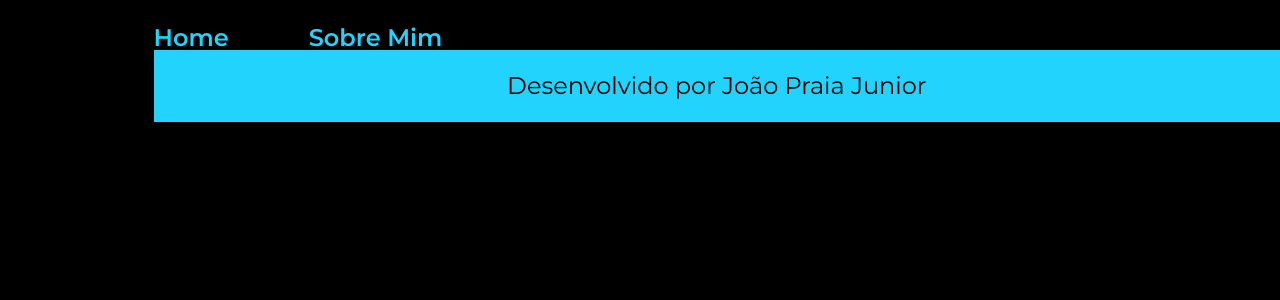
Repository: joaoPraiaJunior/html-basico
Page: sobre-mim.html
An editor plug-in stored every save of this project. The page is shown before and after the next save, followed by the edit.
The browser window is 1280 px wide. The pictures show the whole page.
Some web fonts or font styles are not loaded; a fallback is used. Some web libraries are served in a nearby version.

Above is the page before, as saved 2024-06-06 21:25:22.

### sobre-mim.html
<!DOCTYPE html>
<html lang="pt-BR" dir="ltr">
  <head>
    <meta charset="UTF-8" />
    <meta http-equiv="X-UA-Compatible" content="IE=edge" />
    <meta name="viewport" content="width=device-width, initial-scale=1.0" />
    <title>Portifólio</title>
    <link rel="stylesheet" href="css/reset.css" />
    <link rel="stylesheet" href="css/style.css" />
  </head>
  <body>
    <header class="cabecalho">
      <nav class="cabecalho__menu">
          <a class="cabecalho__link" href="index.html">Home</a>
          <a class="cabecalho__link" href="sobre-min.html">Sobre Mim</a>
      </nav>

      <footer class="rodape"><p>Desenvolvido por João Praia Junior</p></footer>
    </body>
    <script
      src="https://kit.fontawesome.com/c4ee7a6e8c.js"
      crossorigin="anonymous"
    ></script>
  </html>

### css/reset.css
/* http://meyerweb.com/eric/tools/css/reset/
   v2.0 | 20110126
   License: none (public domain)
*/

* {
    box-sizing: border-box;
}

html, body, div, span, applet, object, iframe,
h1, h2, h3, h4, h5, h6, p, blockquote, pre,
a, abbr, acronym, address, big, cite, code,
del, dfn, em, img, ins, kbd, q, s, samp,
small, strike, strong, sub, sup, tt, var,
b, u, i, center,
dl, dt, dd, ol, ul, li,
fieldset, form, label, legend,
table, caption, tbody, tfoot, thead, tr, th, td,
article, aside, canvas, details, embed,
figure, figcaption, footer, header, hgroup,
menu, nav, output, ruby, section, summary,
time, mark, audio, video {
	margin: 0;
	padding: 0;
	border: 0;
	font: inherit;
	vertical-align: baseline;
}
/* HTML5 display-role reset for older browsers */
article, aside, details, figcaption, figure,
footer, header, hgroup, menu, nav, section {
	display: block;
}
body {
	line-height: 1;
}
ol, ul {
	list-style: none;
}
blockquote, q {
	quotes: none;
}
blockquote:before, blockquote:after,
q:before, q:after {
	content: '';
	content: none;
}
table {
	border-collapse: collapse;
	border-spacing: 0;
}

### css/style.css
@import url('https://fonts.googleapis.com/css2?family=Krona+One&family=Montserrat:wght@400;600&display=swap');

html {
  font-size: 62.5%;
}

body {
  color: #f6f6f6;
  background-color: #000;
  font-size: 1.6rem;
}

.cabecalho {
  padding: 2% 0 0 12%;
}

.cabecalho__menu {
  display: flex;
  column-gap: 80px;
}

.cabecalho__link {
  font-family: 'Montserrat', sans-serif;
  font-size: 2.4rem;
  font-weight: 600;
  text-decoration: none;
  color:#22d4fd;
}

.apresentacao {
  padding: 5% 12%;
  display: flex;
  justify-content: space-between;
  align-items: center;
}

.apresentacao__conteudo {
  display:flex;
  flex-direction: column;
  width: 615px;
  gap: 40px;
}

.apresentacao__titulo {
  color: #22d4fd;
  font-family: 'Krona One', sans-serif;
  font-size: 3.6rem;
}

.apresentacao__subtitulo{
  font-family: 'Krona One', sans-serif;
  font-size: 2.4rem;
  font-weight: 400;
}

.apresentacao__texto {
  font-family: 'Montserrat', sans-serif;
  font-size: 2.4rem;
}

.apresentacao__links {
  display: flex;
  flex-direction: column;
  justify-content: space-between;
  align-items: center;
  row-gap: 32px;
}

.apresentacao__link {
  display:flex;
  justify-content: center;
  column-gap: 8px;
  color: #000;
  background-color: #22d4fd;
  font-family: 'Montserrat', sans-serif;
  font-size: 2.4rem;
  font-weight: 600;
  padding: 21.5px 0;
  width: 378px;
  border-radius: 8px;
  text-align: center;
  text-decoration: none;
}

.apresentacao__link--transparente {
  color: #f6f6f6;
  background-color: transparent;
  border: 2px solid #22d4fd;
  transition: all .5s ease-in-out;
}

.apresentacao__link--transparente:hover {
  background-color: #272727;
}

.apresentacao__link--transparente .fa-brands {
  transition: color .5s ease-in-out;
}

.apresentacao__link--transparente:hover .fa-brands {
  color: #22d4fd;
}

.apresentacao__imagem img {
  max-width: 100%;
}

.rodape {
  font-family: 'Montserrat', sans-serif;
  font-size: 2.4rem;
  font-weight: 400;
  color: #000;
  background-color: #22d4fd;
  padding: 24px;
  text-align: center;
}

After the next save:
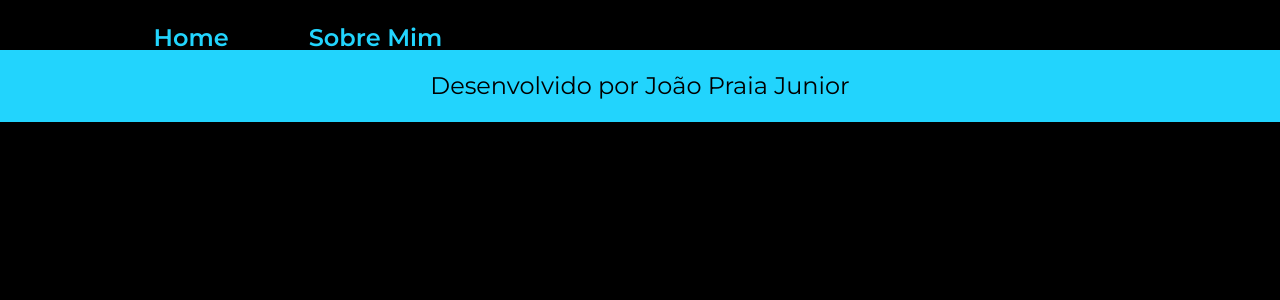
Saved 2 s later.
--- a/sobre-mim.html
+++ b/sobre-mim.html
@@ -11,14 +11,15 @@
   <body>
     <header class="cabecalho">
       <nav class="cabecalho__menu">
-          <a class="cabecalho__link" href="index.html">Home</a>
-          <a class="cabecalho__link" href="sobre-min.html">Sobre Mim</a>
+        <a class="cabecalho__link" href="index.html">Home</a>
+        <a class="cabecalho__link" href="sobre-min.html">Sobre Mim</a>
       </nav>
+    </header>
 
-      <footer class="rodape"><p>Desenvolvido por João Praia Junior</p></footer>
-    </body>
-    <script
-      src="https://kit.fontawesome.com/c4ee7a6e8c.js"
-      crossorigin="anonymous"
-    ></script>
-  </html>
+    <footer class="rodape"><p>Desenvolvido por João Praia Junior</p></footer>
+  </body>
+  <script
+    src="https://kit.fontawesome.com/c4ee7a6e8c.js"
+    crossorigin="anonymous"
+  ></script>
+</html>
